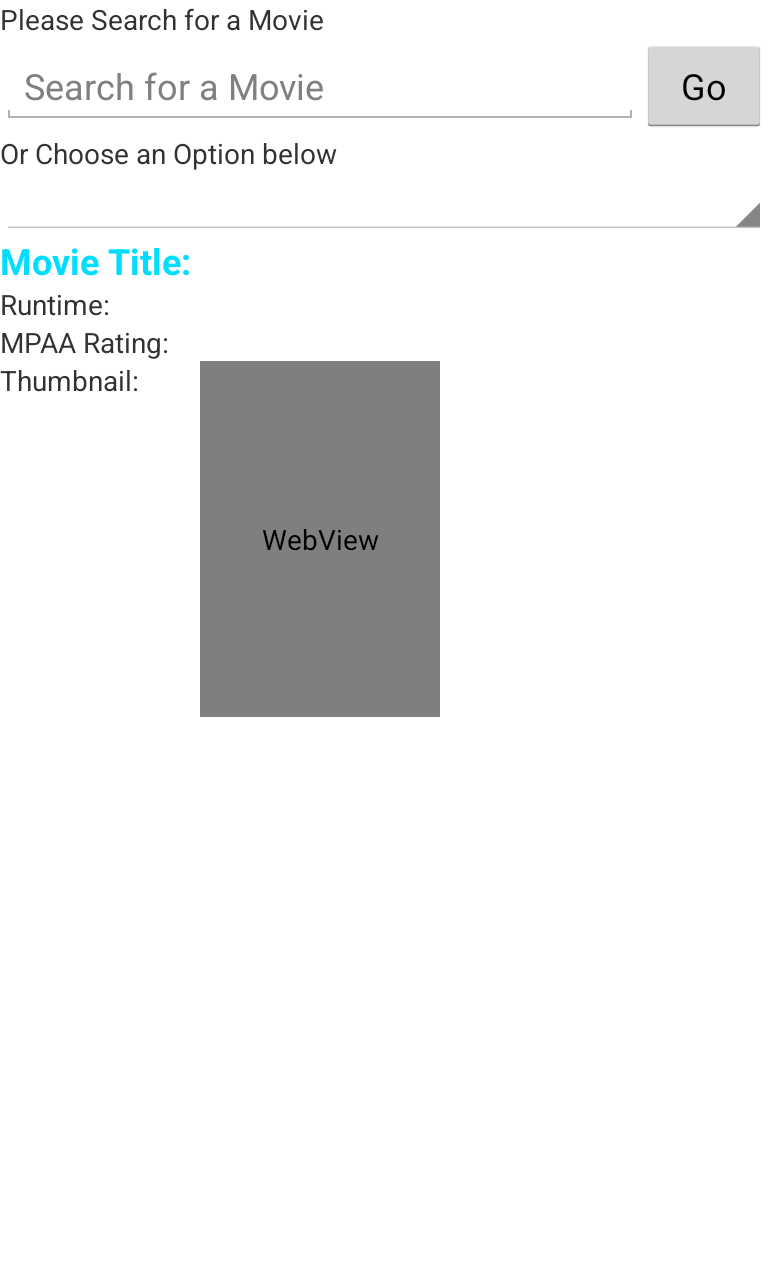
Repository: mikesmithjr/Java1
Layout: Week 4/MovieListing/res/layout/form.xml
These files come from the project's save history. The layout is drawn as it stood at one moment and after the next save; the edit follows.
Pictures or frames that could not be fetched are drawn as grey boxes. It is drawn on a 768 x 1280 px phone screen (xhdpi) without system bars, with theme AppTheme; the app's code is not run.

Above is the layout before, as saved 2013-08-01 06:41:09.

After the next save:
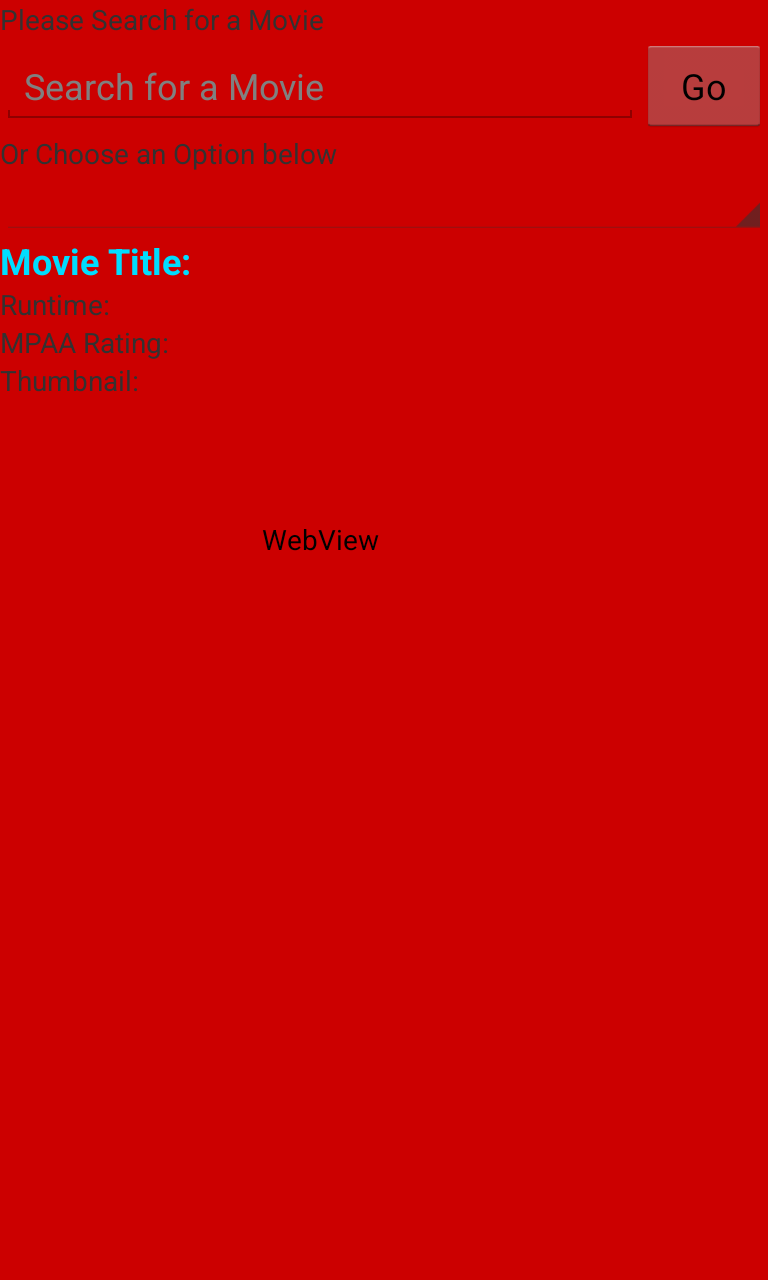
Saved 4 min 4 s later.
--- a/Week 4/MovieListing/res/values/styles.xml
+++ b/Week 4/MovieListing/res/values/styles.xml
@@ -1,6 +1,8 @@
 <resources xmlns:android="http://schemas.android.com/apk/res/android">
 
-       <style name="AppTheme" parent="android:Theme.Holo.Light"></style>
+       <style name="AppTheme" parent="android:Theme.Holo.Light">
+           <item name="android:background">@android:color/holo_red_dark</item>
+       </style>
         <style name= "MovieLabel">
             <item name= "android:textStyle">bold</item>
             <item name= "android:textColor">@android:color/holo_blue_bright</item>
